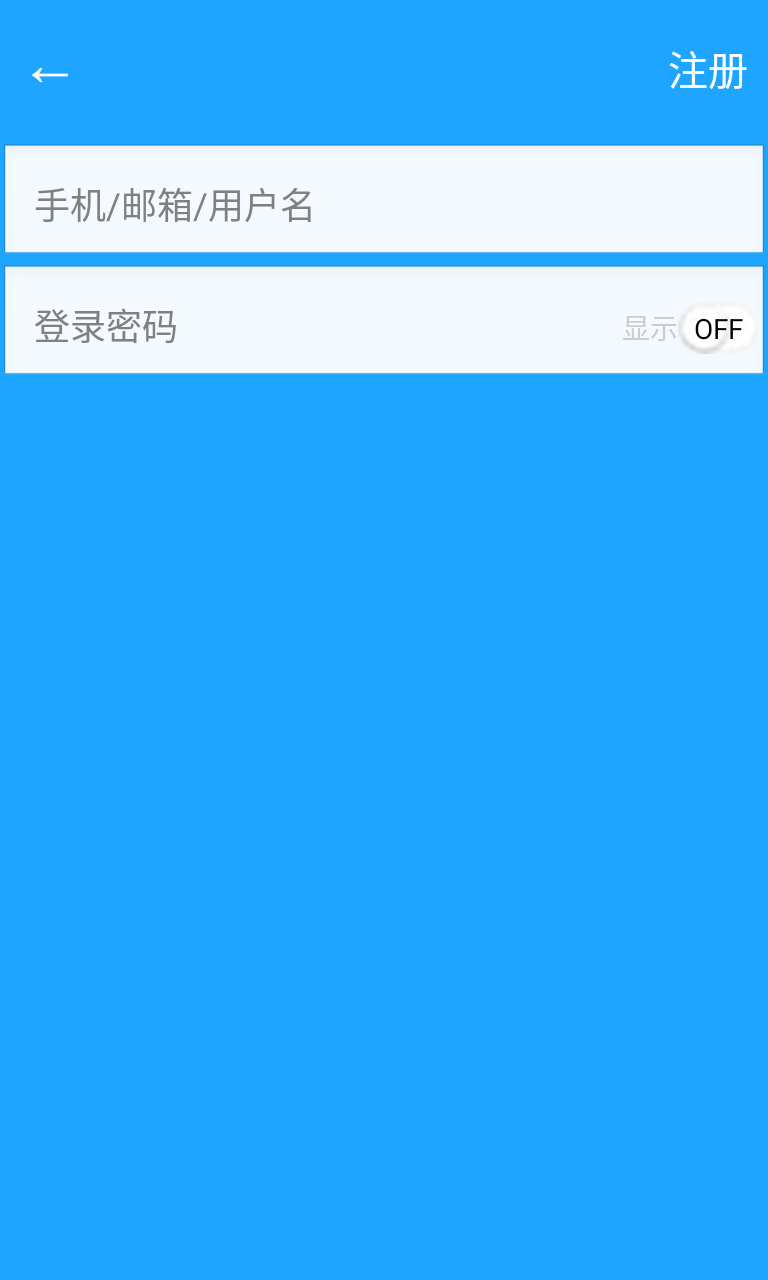
Repository: shi1hh/v
Layout: HungryTest/res/layout/login.xml
An editor plug-in stored every save of this project. The layout is shown before and after the next save, followed by the edit.
It is drawn on a 768 x 1280 px phone screen (xhdpi) without system bars, with theme android:Theme.Light.NoTitleBar; the app's code is not run.

Above is the layout before, as saved 2015-10-24 17:37:35.

### HungryTest/res/layout/login.xml
<?xml version="1.0" encoding="utf-8"?>
<LinearLayout xmlns:android="http://schemas.android.com/apk/res/android"
    android:id="@+id/linearLayout1"
    android:layout_width="match_parent"
    android:layout_height="match_parent"
    android:background="@color/blackground2"
    android:orientation="vertical" >

    <RelativeLayout
        android:layout_width="match_parent"
        android:layout_height="match_parent"
        android:background="@color/blackground" >

        <Button
            android:id="@+id/button_back"
            style="@style/back"
            android:layout_width="wrap_content"
            android:layout_height="wrap_content"
            android:layout_alignParentLeft="true"
            android:layout_alignParentTop="true"
            android:layout_centerVertical="true"
            android:background="@color/blackground"
            android:gravity="center"
            android:padding="10dp" />

        <Button
            android:id="@+id/button_register"
            style="@style/normal_text"
            android:layout_width="wrap_content"
            android:layout_height="wrap_content"
            android:layout_alignBaseline="@+id/button_back"
            android:layout_alignBottom="@+id/button_back"
            android:layout_alignParentRight="true"
            android:background="@color/blackground"
            android:padding="10dp"
            android:text="@string/login_reg" />

        <EditText
            android:id="@+id/editText_username"
            android:layout_width="match_parent"
            android:layout_height="wrap_content"
            android:padding="@dimen/login_user_pendding"
            android:layout_marginTop="@dimen/login_usertop_margin"
            android:layout_below="@+id/button_register"
            android:ems="10"
            android:hint="@string/login_user_hint" />

        <EditText
            android:id="@+id/editText_psw"
            android:layout_width="match_parent"
            android:layout_height="wrap_content"

                        android:padding="@dimen/login_user_pendding"
            android:layout_below="@+id/editText_username"
            android:ems="10"
            android:hint="@string/login_psw_hint"
            android:inputType="textPassword" />

        <ToggleButton
            android:id="@+id/toggleButton1"
            android:layout_width="wrap_content"
            android:layout_height="wrap_content"
            android:layout_alignBaseline="@+id/editText_psw"
            android:layout_alignBottom="@+id/editText_psw"
            android:layout_alignParentRight="true"
            android:layout_marginRight="5dp"
            android:background="@drawable/selector_login_toggle" />

        <TextView
            android:layout_width="wrap_content"
            android:layout_height="wrap_content"
            android:layout_alignBaseline="@+id/editText_psw"

            android:layout_toLeftOf="@+id/toggleButton1"
            android:textColor="@color/text_gray"
            android:text="显示" />

    </RelativeLayout>

</LinearLayout>

### HungryTest/res/values/color.xml
<?xml version="1.0" encoding="utf-8"?>
<resources>
    <color name="sum">#ffffff</color>
    <color name="balance">#00FF7F</color>
    <color name="balance_text">#ffffff</color>
    <color name="lvlft_select">#ffffff</color>
    <color name="lvlft_black">#CFCFCF</color>
    <color name="white">#ffffff</color>
    <color name="navigation_bg">#F6F6F6</color>
      <color name="blackground">#1EA5FF</color>
      <color name="text_gray">#CCCCCC</color>
      <color name="waimai_divider">#EEEEEC</color>
      <color name="normal_text">#ffffff</color>
      <color name="blackground2">#eceeee</color>
</resources>

### HungryTest/res/values/strings.xml
<?xml version="1.0" encoding="utf-8"?>
<resources>

    <string name="app_name">HungryTest</string>
    <string name="hello_world">Hello world!</string>
    <string name="action_settings">Settings</string>
    <string name="navigation1">外卖</string>
 <string name="navigation2">订单</string>
  <string name="navigation3">发现</string>
   <string name="navigation4">我</string>
   <string name="waimai_tb1">便利店</string>
    <string name="waimai_tb2">品牌馆</string>
     <string name="waimai_tb3">水果</string>
      <string name="waimai_tb4">鲜花蛋糕</string>
       <string name="waimai_tb5">新店特惠</string>
        <string name="waimai_tb6">夜宵</string>
         <string name="waimai_tb7">预定早餐</string>
         <string name="dingdan_text1">订单</string>
         <string name="login_reg">注册</string>
         <string name="back">←</string>
         <string name="dingdan_dingdan">订单</string>
         <string name="dingdan_breakfast">早餐订单</string>
         <string name="login_psw_hint">登录密码</string>
         <string name="login_user_hint">手机/邮箱/用户名</string>

</resources>

### HungryTest/res/values/styles.xml
<resources xmlns:android="http://schemas.android.com/apk/res/android">

    <!--
        Base application theme, dependent on API level. This theme is replaced
        by AppBaseTheme from res/values-vXX/styles.xml on newer devices.



    -->
    <style name="AppBaseTheme" parent="Theme.AppCompat.Light">
        <!--
            Theme customizations available in newer API levels can go in
            res/values-vXX/styles.xml, while customizations related to
            backward-compatibility can go here.



        -->
    </style>

    <!-- Application theme. -->
    <style name="AppTheme" parent="AppBaseTheme">
        <!-- All customizations that are NOT specific to a particular API-level can go here. -->
    </style>

    <style name="text">
        <item name="android:textSize">10sp</item>
        <item name="android:gravity">center_horizontal</item>
    </style>

    <style name="waimai_tb_text">
        <item name="android:textSize">13sp</item>
        <item name="android:gravity">center_horizontal</item>
    </style>

    <style name="waimai_money_text">
        <item name="android:textColor">#FF3030</item>
        <item name="android:textSize">20sp</item>
    </style>
    <style name="back">
        <item name="android:textColor">#ffffff</item>
       <item name="android:textSize">30sp</item>
       <item name="android:text">←</item>
    </style>

    <style name="waimai_store_name_textsize">
        <item name="android:textSize">20sp</item>
    </style>

    <style name="normal_text">
        <item name="android:textSize">20sp</item>
        <item name="android:textColor">#ffffff</item>
        <item name="android:padding">12dp</item>
    </style>

</resources>

### HungryTest/res/values/dimens.xml
<resources>

    <!-- Default screen margins, per the Android Design guidelines. -->
    <dimen name="activity_horizontal_margin">16dp</dimen>
    <dimen name="activity_vertical_margin">16dp</dimen>
<dimen name="login_usertop_margin">13dp</dimen>
<dimen  name="login_user_pendding">17dp</dimen>
</resources>

### HungryTest/res/drawable/selector_login_toggle.xml
<?xml version="1.0" encoding="utf-8"?>
<selector xmlns:android="http://schemas.android.com/apk/res/android" >
    <item android:state_checked="true" android:drawable="@drawable/toggleon"
        ></item>
<item android:drawable="@drawable/toggleoff"></item>
</selector>

After the next save:
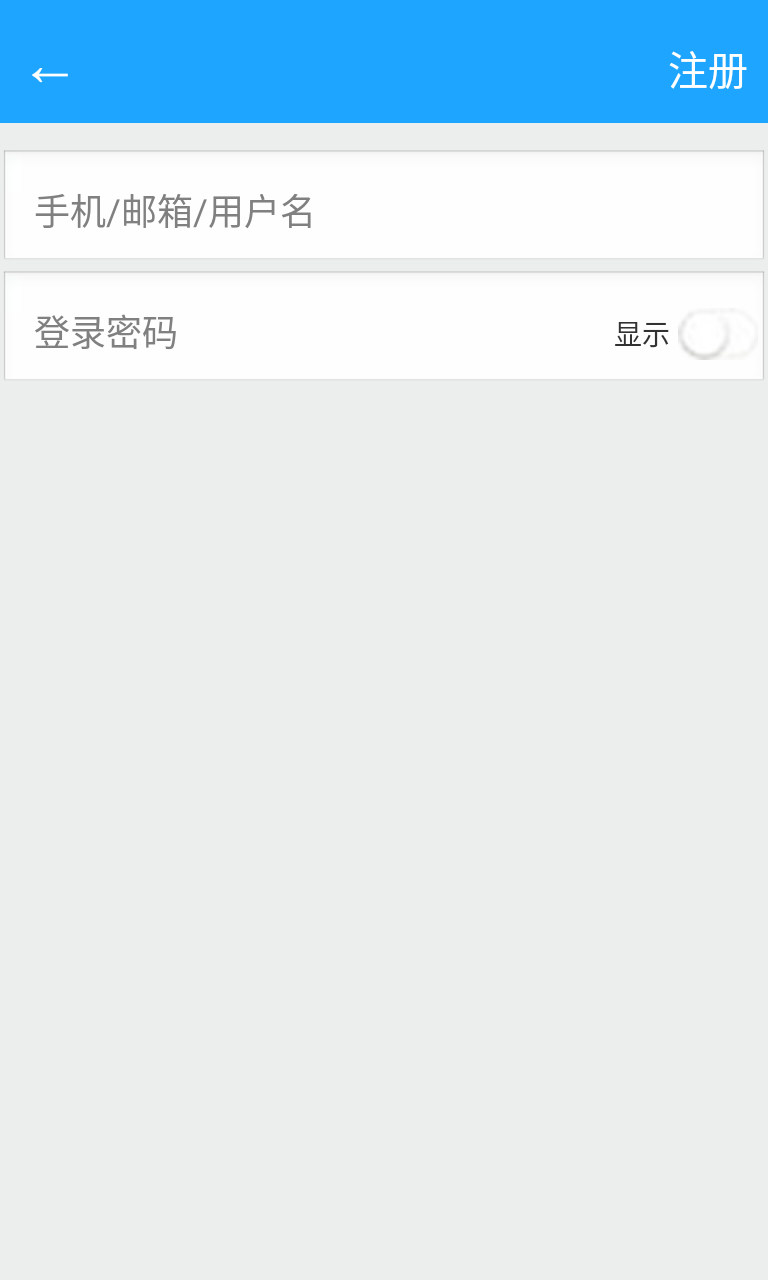
Saved 3 min 35 s later.
--- a/HungryTest/res/layout/login.xml
+++ b/HungryTest/res/layout/login.xml
@@ -8,7 +8,7 @@
 
     <RelativeLayout
         android:layout_width="match_parent"
-        android:layout_height="match_parent"
+        android:layout_height="wrap_content"
         android:background="@color/blackground" >
 
         <Button
@@ -34,6 +34,10 @@
             android:background="@color/blackground"
             android:padding="10dp"
             android:text="@string/login_reg" />
+        </RelativeLayout>
+        <RelativeLayout
+                 android:layout_width="match_parent"
+        android:layout_height="match_parent" >
 
         <EditText
             android:id="@+id/editText_username"
@@ -64,15 +68,17 @@
             android:layout_alignBottom="@+id/editText_psw"
             android:layout_alignParentRight="true"
             android:layout_marginRight="5dp"
+            android:textOn=""
+            android:textOff=""
             android:background="@drawable/selector_login_toggle" />
 
         <TextView
             android:layout_width="wrap_content"
             android:layout_height="wrap_content"
             android:layout_alignBaseline="@+id/editText_psw"
+            android:layout_marginRight="4dp"
+            android:layout_toLeftOf="@+id/toggleButton1"
 
-            android:layout_toLeftOf="@+id/toggleButton1"
-            android:textColor="@color/text_gray"
             android:text="显示" />
 
     </RelativeLayout>
